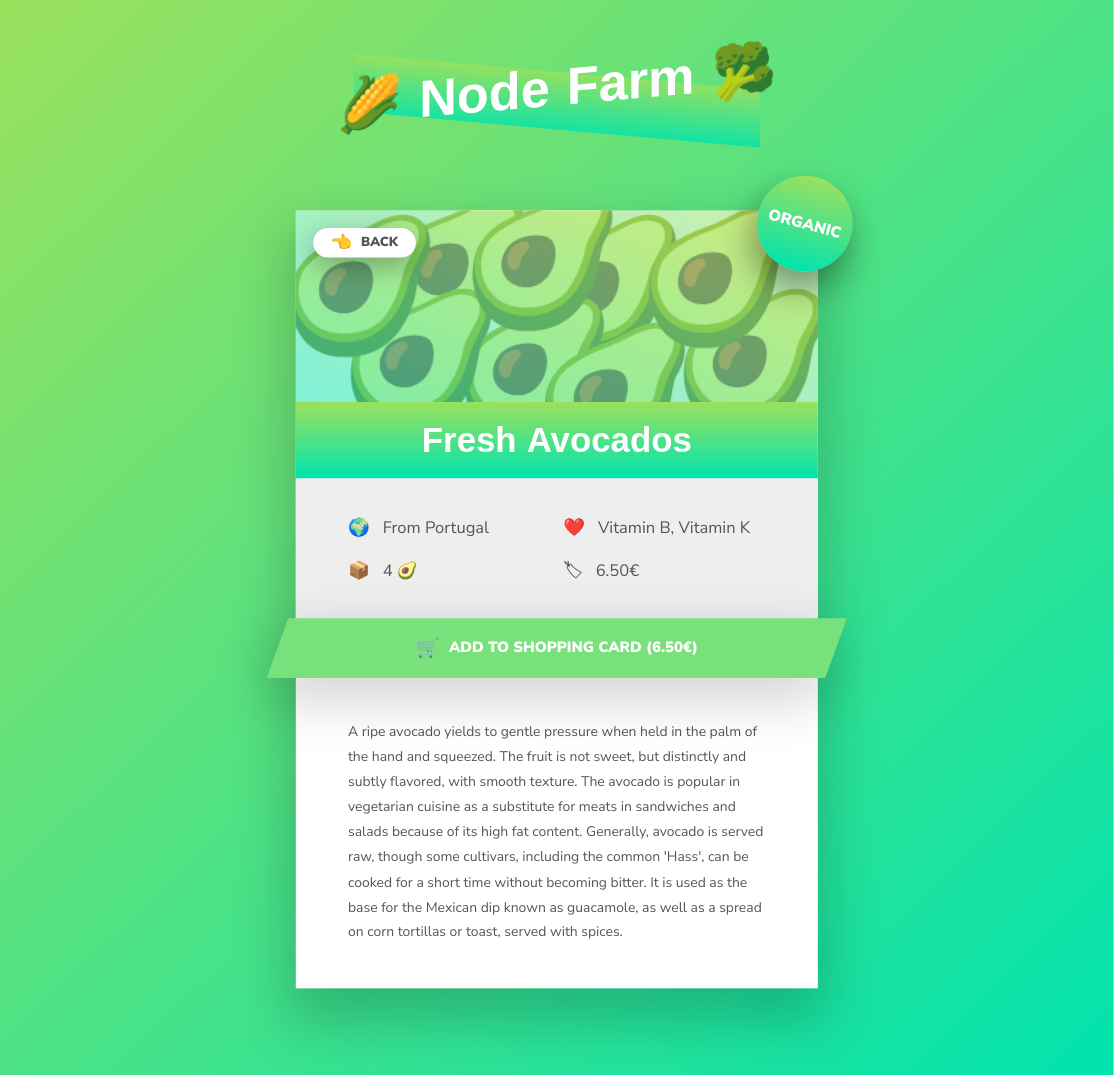
Repository: Tiantian-C/node2
Page: templates/product.html
These files come from the project's save history. The page is drawn as it stood at one moment and after a run of saves; the edit follows.
The browser window is 1280 px wide. The pictures show the whole page, at 87% of full size.
Some web fonts or font styles are not loaded; a fallback is used.

Above is the page before, as saved 2023-07-15 15:20:32.

After the next 4 saves:
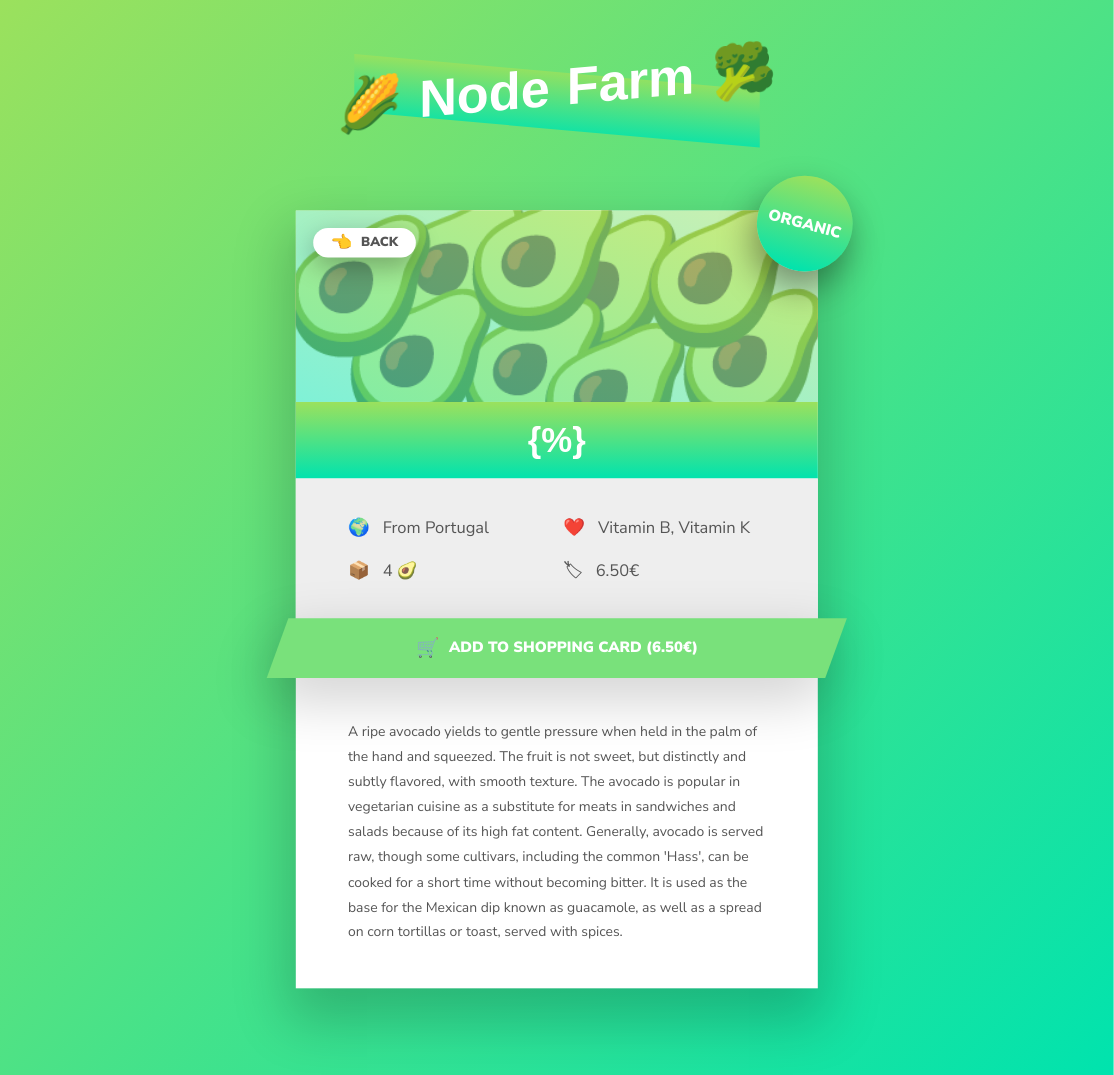
The 4 saves are shown as one change because they came seconds apart.
The last was saved 5 min 53 s later.
--- a/templates/product.html
+++ b/templates/product.html
@@ -285,7 +285,7 @@
           <span class="product__emoji product__emoji--8">🥑</span>
           <span class="product__emoji product__emoji--9">🥑</span>
         </div>
-        <h2 class="product__name">Fresh Avocados</h2>
+        <h2 class="product__name">{%}</h2>
         <div class="product__details">
           <p><span class="emoji-left">🌍</span> From Portugal</p>
           <p><span class="emoji-left">❤️</span> Vitamin B, Vitamin K</p>
